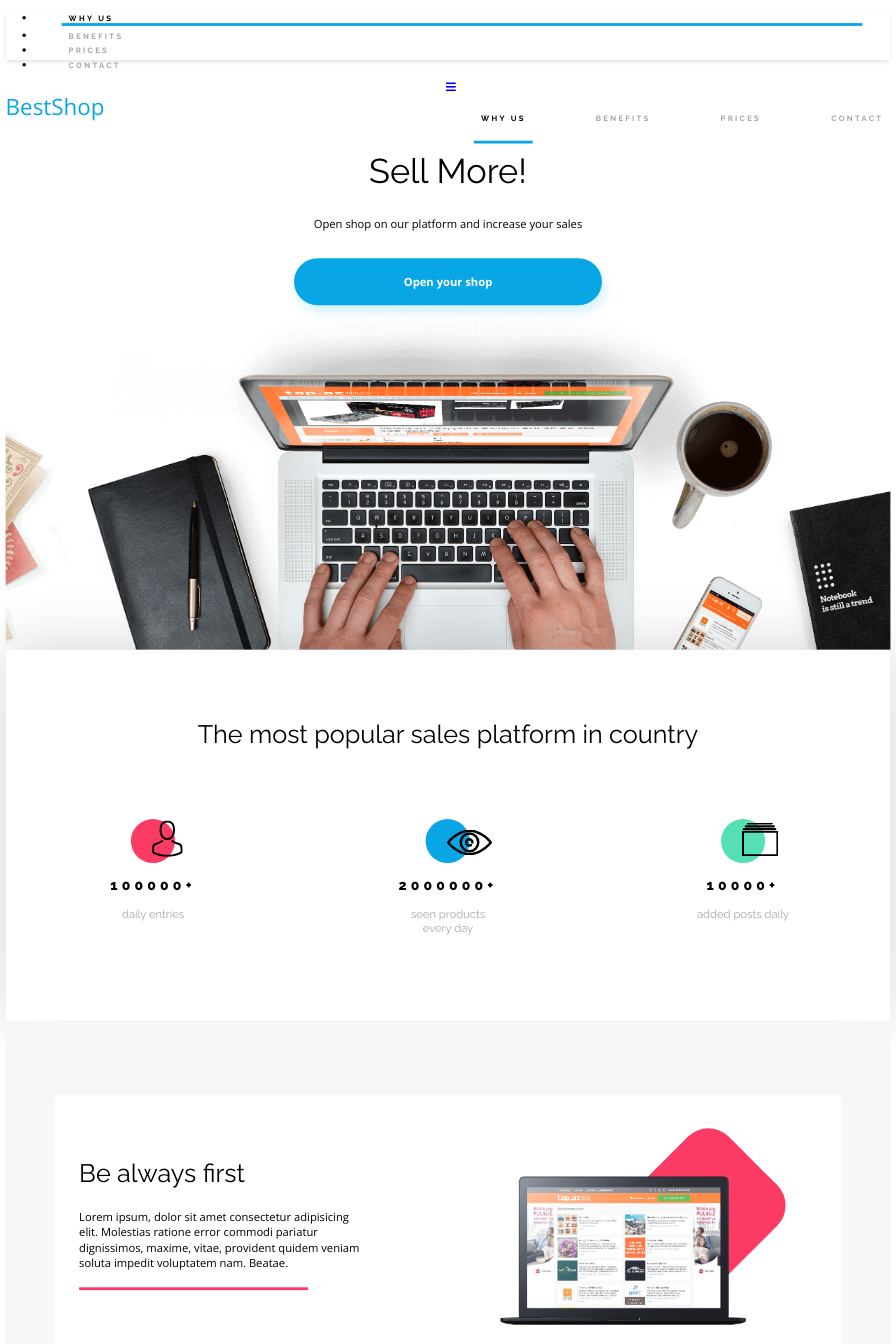
Repository: insolt/BestShop
Page: index.html
An editor plug-in stored every save of this project. The page is shown before and after the next save, followed by the edit.
The browser window is 1280 px wide. The pictures show the part of the page from y = 0 to 1920 px (the page is 4366 px tall), at 70% of full size.
The style sheet was rebuilt from its Sass, Less or Tailwind sources for each picture, by a compiler version that may differ from the author's.

Above is the page before, as saved 2020-09-15 11:15:48.

### index.html
<!DOCTYPE html>
<html lang="en">

<head>
    <meta charset="UTF-8">
    <meta name="viewport" content="width=device-width, initial-scale=1.0">
    <meta name="description" content="BestShop offers online shops managing services. Market leading company, the most experienced team in Europe, flexible customer approach. We change your ideas into profitable business">
    <meta name="keywords" content="BestShop, online shopping, shop, service, managing, customer">
    <meta name="author" content="Michal Bornikowski">
    <!--tags for IE-->
    <meta http-equiv="X=Ua-Compatible" content="IE=egde,chrome-1">
    <title>BestShop</title>
    <link href="https://fonts.googleapis.com/css2?family=Open+Sans:wght@300;400;700&family=Raleway:wght@300;400;700;800&display=swap" rel="stylesheet">
    <link rel="stylesheet" href="css/main.css">
    <link rel="stylesheet" href="https://use.fontawesome.com/releases/v5.7.2/css/all.css" integrity="sha384-fnmOCqbTlWIlj8LyTjo7mOUStjsKC4pOpQbqyi7RrhN7udi9RwhKkMHpvLbHG9Sr" crossorigin="anonymous">
    <link rel="icon" href="favicon.ico">
</head>

<body>

    <header class="page-header">
        <div class="nav__mobile-nav">
            <ul class="page-header__mobile-nav--list">
                <li class="page-header__nav--el">
                    <a href="#" class="page-header__nav--link header__nav--active">Why us</a>
                </li>
                <li class="page-header__nav--el">
                    <a href="#" class="page-header__nav--link">Benefits</a>
                </li>
                <li class="page-header__nav--el">
                    <a href="#" class="page-header__nav--link">Prices</a>
                </li>
                <li class="page-header__nav--el">
                    <a href="#" class="page-header__nav--link">Contact</a>
                </li>
            </ul>
        </div>
        <div class="container">
            <p class="page-header__logo">
                BestShop
            </p>

            <nav class="page-header__nav">
                <div class="page-header__mobile-menu--hamburger-icon">
                    <a href="#open-menu" class="page-header__mobile-menu--hamburger-icon-link"><span  class="fas fa-bars"></span></a>
                </div>

                <ul class="page-header__nav--list">
                    <li class="page-header__nav--el">
                        <a href="#" class="page-header__nav--link header__nav--active">Why us</a>
                    </li>
                    <li class="page-header__nav--el">
                        <a href="#" class="page-header__nav--link">Benefits</a>
                    </li>
                    <li class="page-header__nav--el">
                        <a href="#" class="page-header__nav--link">Prices</a>
                    </li>
                    <li class="page-header__nav--el">
                        <a href="#" class="page-header__nav--link">Contact</a>
                    </li>
                </ul>

            </nav>

        </div>
    </header>

    <section class="section-opening">
        <div class="container">
            <h1 class="section-opening__title">
                Sell More!
            </h1>
            <p class="section-opening__text">
                Open shop on our platform and increase your sales
            </p>
            <a href="" class="section-opening__link">
                Open your shop
            </a>
        </div>
    </section>

    <section class="section-stats">
        <div class="container">
            <h2 class="section-stats__title">
                The most popular sales platform in country
            </h2>
            <div class="section-stats__selection">
                <div class="section-stats__box">
                    <div class="section-stats__box--icon stats__icon--person"></div>
                    <p class="section-stats__box--value">
                        100000+
                    </p>
                    <p class="section-stats__box--note">
                        daily entries
                    </p>
                </div>
                <div class="section-stats__box">
                    <div class="section-stats__box--icon stats__icon--eye"></div>
                    <p class="section-stats__box--value">
                        2000000+
                    </p>
                    <p class="section-stats__box--note">
                        seen products every day
                    </p>
                </div>
                <div class="section-stats__box ">
                    <div class="section-stats__box--icon stats__icon--catalog"></div>
                    <p class="section-stats__box--value ">
                        10000+
                    </p>
                    <p class="section-stats__box--note">
                        added posts daily
                    </p>
                </div>
            </div>
        </div>
    </section>

    <section class="articles">
        <div class="container">
            <article class="article-top">
                <div class="article-top__content">
                    <h2 class="article-top__title">
                        Be always first
                    </h2>
                    <p class="article-top__text">
                        Lorem ipsum, dolor sit amet consectetur adipisicing elit. Molestias ratione error commodi pariatur dignissimos, maxime, vitae, provident quidem veniam soluta impedit voluptatem nam. Beatae.
                    </p>
                </div>
                <div class="article-top__aside">
                    <div class="article-top__aside--bg">
                    </div>
                    <div class="article-top__aside--photo">
                    </div>
                </div>
            </article>
            <article class="article-medium">
                <div class="article-medium__aside">
                    <div class="article-medium__aside--bg">
                    </div>
                    <div class="article-medium__aside--photo">
                    </div>
                </div>
                <div class="article-medium__content">
                    <h2 class="article-medium__title">
                        Your shop is where you are!
                    </h2>
                    <p class="article-medium__text">
                        Lorem ipsum, dolor sit amet consectetur adipisicing elit. Molestias ratione error commodi pariatur dignissimos, maxime, vitae, provident quidem veniam soluta impedit voluptatem nam. Beatae.
                    </p>
                </div>
            </article>
            <artlicle class="article-bottom">
                <div class="article-bottom__galley">
                    <div class="article-bottom__galley--content">
                        <h2 class="article-bottom__galley--title">
                            Increase recognition your brand!
                        </h2>
                        <p class="article-bottom__galley--text">
                            Lorem ipsum, dolor sit amet consectetur adipisicing elit. Molestias ratione error commodi pariatur dignissimos, maxime, vitae, provident quidem veniam soluta impedit voluptatem nam. Beatae.
                        </p>
                    </div>
                </div>
                <div class="article-bottom__trumpet">
                    <div class="article-bottom__trumpet--bg">
                    </div>
                    <div class="article-bottom__trumpet--photo">
                    </div>
                </div>
            </artlicle>
        </div>
    </section>

    <section class="section-pricing">
        <div class="container">
            <div class="section-pricing__offer">
                <h2 class="section-pricing__offer--title">
                    Pricing
                </h2>
                <div class="section-pricing__offer--content">
                    <div class="section-pricing__offer-basic">
                        <div class="section-pricing__offer-basic--top">
                            <h3 class="section-pricing__offer-basic--title">
                                Basic
                            </h3>
                            <p class="section-pricing__offer-basic--price">
                                $0
                            </p>
                        </div>
                        <ul class="section-pricing__offer-basic--list">
                            <li class="section-pricing__offer-basic--item">
                                100 MB HDD
                            </li>
                            <li class="section-pricing__offer-basic--item">
                                1 Subdomain
                            </li>
                            <li class="section-pricing__offer-basic--item">
                                2 E-mails
                            </li>
                            <li class="section-pricing__offer-basic--item">
                                Two years license
                            </li>
                            <li class="section-pricing__offer-basic--item">
                                Full support
                            </li>
                        </ul>
                        <a href="" class="section-pricing__offer-basic--confirm">Begin</a>
                    </div>
                    <div class="section-pricing__offer-professional">
                        <div class="section-pricing__offer-profesional--top">
                            <h3 class="section-pricing__offer-professional--title">
                                Professional
                            </h3>
                            <p class="section-pricing__offer-professional--price">
                                $25
                            </p>
                            <p class="section-pricing__offer-professional--note">
                                Limited offer
                            </p>
                        </div>
                        <ul class="section-pricing__offer-professional--list">
                            <li class="section-pricing__offer-professional--item">
                                500 MB HDD
                            </li>
                            <li class="section-pricing__offer-professional--item">
                                2 Subdomain
                            </li>
                            <li class="section-pricing__offer-professional--item">
                                5 E-mails
                            </li>
                            <li class="section-pricing__offer-professional--item">
                                One year license
                            </li>
                            <li class="section-pricing__offer-professional--item">
                                Full support
                            </li>
                        </ul>
                        <a href=" " class="section-pricing__offer-professional--confirm">Begin</a>
                    </div>
                    <div class="section-pricing__offer-premium">
                        <div class="section-pricing__offer-premium--top">
                            <h3 class="section-pricing__offer-premium--title">
                                Premium
                            </h3>
                            <p class="section-pricing__offer-premium--price">
                                $60
                            </p>
                            <p class="section-pricing__offer-premium--note">
                                Limited offer
                            </p>
                        </div>
                        <ul class="section-pricing__offer-premium--list">
                            <li class="section-pricing__offer-premium--item">
                                2 GB HDD
                            </li>
                            <li class="section-pricing__offer-premium--item">
                                5 Subdomain
                            </li>
                            <li class="section-pricing__offer-premium--item">
                                20 E-mails
                            </li>
                            <li class="section-pricing__offer-premium--item">
                                Two years license
                            </li>
                            <li class="section-pricing__offer-premium--item">
                                Full support
                            </li>
                        </ul>
                        <a href=" " class="section-pricing__offer-premium--confirm">Begin</a>
                    </div>
                </div>
            </div>
        </div>
    </section>

    <section class="form">
        <div class="container">
            <div class="form__contact-details">
                <h2 class="form__contact-detail--title">
                    Any questions?
                </h2>
                <p class="form__contact-detail--text">
                    Leave your email address or call us!
                </p>
                <ul class="form__contact-detail--list">
                    <li class="form__contact-detail--item">
                        info@bestshop.xyz
                    </li>
                    <li class="form__contact-detail--item">
                        123 456 789
                    </li>
                </ul>
            </div>
            <div class="form__user-details">
                <form action="" class="form__user-details--form">
                    <div class="form__user-details--form-inputs">
                        <div class="form__user-details--name">
                            <label for="name" class="form__user-details--name-label">Name</label>
                            <input class="form__user-details--name-input" type="text" id="name" name="name" placeholder="">
                        </div>
                        <div class="form__user-details--email">
                            <label for="email" class="form__user-details--email-label">Email</label>
                            <input class="form__user-details--email-input" type="text" id="emaile" name="email" placeholder="">
                        </div>
                    </div>
                    <div class="form__user-details--checkbox">
                        <input type="checkbox" class="form__user-details--checkbox-input" name="regulation" id="regulation">
                        <label for="regulation" class="form__user-details--checkbox-label">I hereby give consent for my personal data included in my application to be processed for the purposes of the recruitment process under the European Parliament's and Council of the European Union Regulation on the Protection of Natural Persons as of 27 April 2016, with regard to the processing of personal data and of the free movement of such data, and repealing Directive 95/46/EC (Data Protection Directive)</label>
                    </div>
                    <div class="form__user-details--btn">
                        <button type="submit" class="form__user-details--btn-submit">Send</button>
                    </div>
                </form>
            </div>
        </div>
    </section>

    <footer class="page-footer">
        <div class="container">
            <div class="page-footer__despcription">
                <p class="page-footer__logo">
                    BestShop
                </p>
                <p class="page-footer__copyrights">
                    &copy; 2019 BestShop LTD, All Rights Reserved
                </p>
            </div>
            <div class="page-footer__links">
                <a href="https://www.twitter.com" class="page-footer__twitter">
                    <img src="assets/twitter.svg" class="page-footer__twitter-icon">
                </a>
                <a href="https://www.facebook.com" class="page-footer__facebook">
                    <img src="assets/facebook.svg" class="page-footer__facebook-icon">
                </a>
            </div>
        </div>
    </footer>
</body>

</html>

Loaded but not shown: scss/main.scss (964 lines, source omitted)

After the next save:
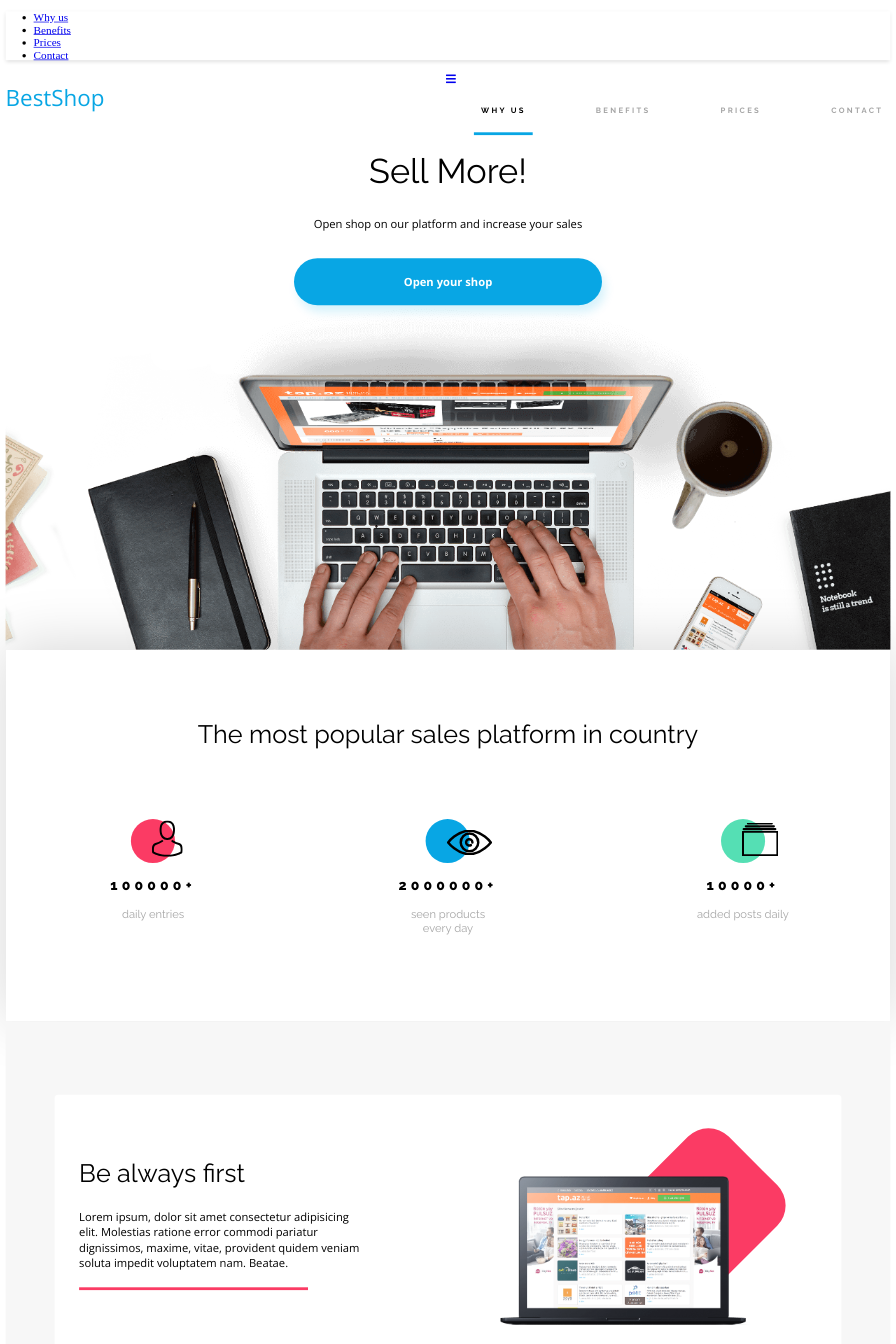
Saved 23 s later.
--- a/index.html
+++ b/index.html
@@ -21,17 +21,17 @@
     <header class="page-header">
         <div class="nav__mobile-nav">
             <ul class="page-header__mobile-nav--list">
-                <li class="page-header__nav--el">
-                    <a href="#" class="page-header__nav--link header__nav--active">Why us</a>
+                <li class="page-header__mobile-nav--el">
+                    <a href="#" class="page-header__mobile-nav--link header__mobile-nav--active">Why us</a>
                 </li>
                 <li class="page-header__nav--el">
-                    <a href="#" class="page-header__nav--link">Benefits</a>
+                    <a href="#" class="page-header__mobile-nav--link">Benefits</a>
                 </li>
                 <li class="page-header__nav--el">
-                    <a href="#" class="page-header__nav--link">Prices</a>
+                    <a href="#" class="page-header__mobile-nav--link">Prices</a>
                 </li>
                 <li class="page-header__nav--el">
-                    <a href="#" class="page-header__nav--link">Contact</a>
+                    <a href="#" class="page-header__mobile-nav--link">Contact</a>
                 </li>
             </ul>
         </div>
